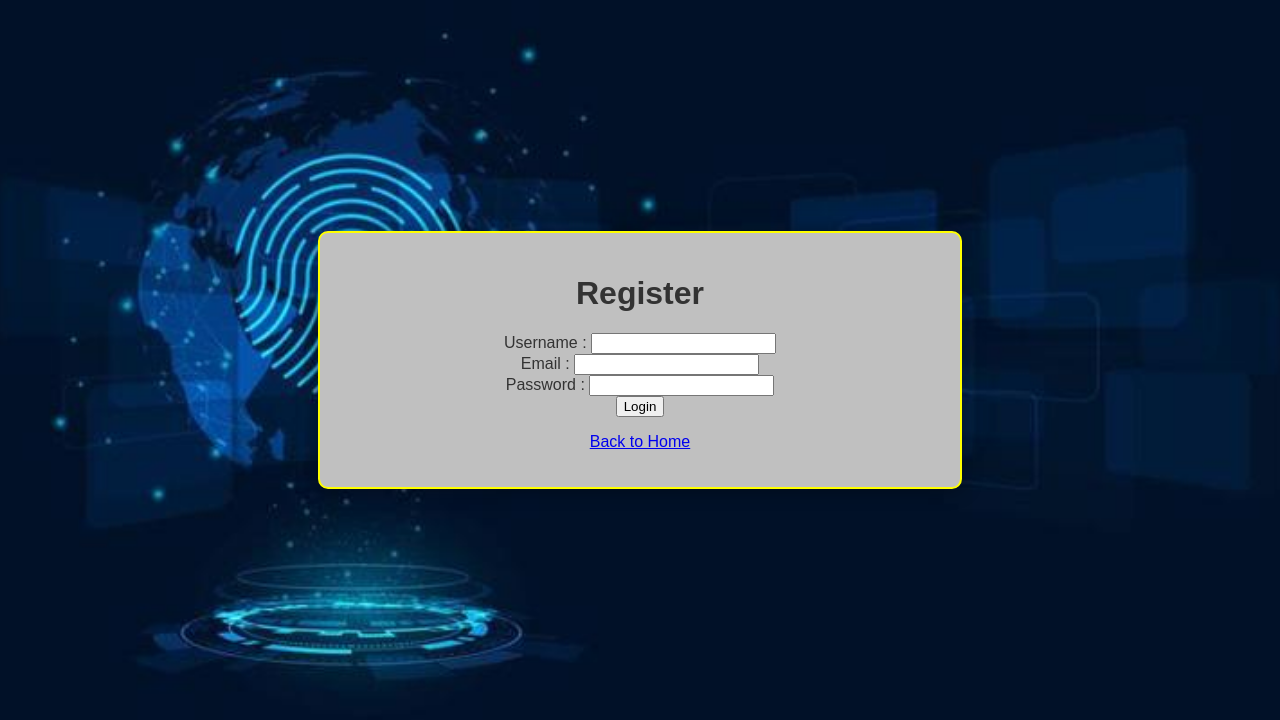
Repository: Rajivkumar2023/java-practice
Page: http://localhost/Login-Registration/register.jsp
The author's editor kept a copy of each file at every save. The page is drawn from the files as they stood at one save, then again after the next save.
The browser window is 1280 px wide. The pictures show the whole page.
The page is served by Tomcat 10. Other server files are loaded and not shown.

Above is the page before, as saved 2024-07-31 10:11:42.

### Login-Registration/src/main/webapp/register.jsp
<%@ page language="java" contentType="text/html; charset=UTF-8"
    pageEncoding="UTF-8"%>
<!DOCTYPE html>
<html>
<head>
<meta charset="UTF-8">
<title>Register</title>
<link rel="stylesheet" type="text/css" href="register.css">
</head>
<body>
<div class="container">
<h1>Register</h1>
<form action="loginServlet" method="post">
	<label for="username">Username : </label>
	<input type="text" id="username" name="username" required> <br>
	<label for="email">Email :</label>
	<input type="email" id="email" name="email" required> <br>
	<label for="password">Password : </label>
	<input type="password" id="password" name="password" required> <br>
	<button type="submit">Login</button>
</form>

<p><a href="index.html">Back to Home</a>
</body>
</html>

### Login-Registration/src/main/webapp/register.css
@charset "UTF-8";
body{
	align-items:center;
	background-color:#BEFD6C;
	font-family:'Arial', sans-sarif;
	justify-content:center;
	height:100vh;
	margin:0;
	background-color:#BEFD6C;
	background-image:url('background_img.jpg');
	background-size:cover;
	background-position:center center;
	background-repeat: no-repeat;
	color:#333;
	display:flex;
	flex-direction:column;
}
.container{
	width:600px;
	padding:20px;
	border-radius:10px;
	box-shadow: 0 0 20px rgba(0,0,1,0.4);
	background-color:#c0c0c0;
	text-align:center;
	border:2px solid yellow;

}

After the next save:
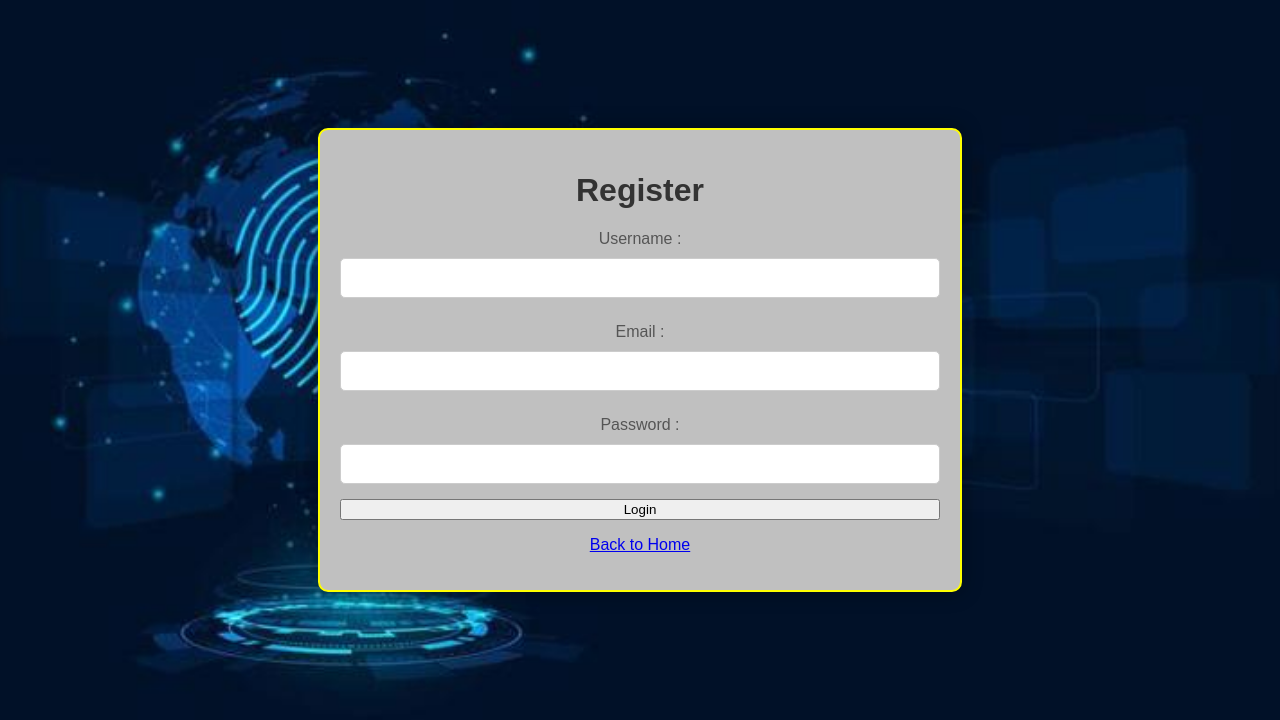
Saved 58 min 2 s later.
--- a/Login-Registration/src/main/webapp/register.css
+++ b/Login-Registration/src/main/webapp/register.css
@@ -25,3 +25,26 @@ body{
 	border:2px solid yellow;
 
 }
+h1{
+	font-weight:bold;
+	text-align:center;
+	color:#333;
+}
+label{
+	display:block;
+	margin:10px 0;
+	color:#555;
+}
+input{
+	width:100%;
+	padding:10px;
+	margin-bottom:15px;
+	box-sizing:border-box;
+	border:1px solid #ccc;
+	border-radius:5px;
+	font-size:16px;
+}
+button{
+	width:100%;
+	padding;
+}
